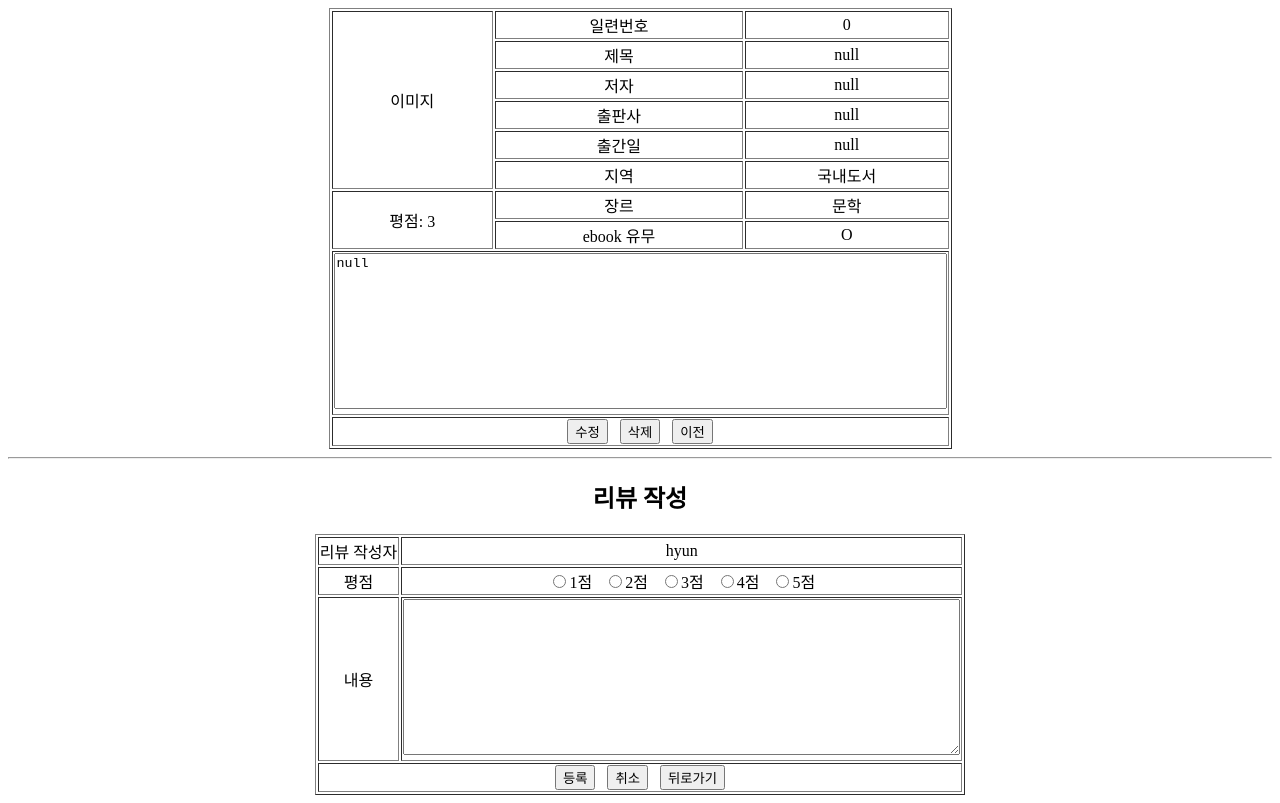
Repository: Served01/Project2_2209
Page: http://localhost/bookReviewProgram/rvInsertform.jsp
The author's editor kept a copy of each file at every save. The page is drawn from the files as they stood at one save, then again after the next save.
The browser window is 1280 px wide. The pictures show the whole page.
The page is served by Tomcat 9. Other server files are loaded and not shown. Queries for data that is not in the repository find no rows.

Above is the page before, as saved 2022-09-26 05:50:21.

### bookReviewProgram/src/main/webapp/rvInsertform.jsp
<%@ page language="java" contentType="text/html; charset=UTF-8"
    pageEncoding="UTF-8"%>
<%@ page import="BKRV.review.rvDAO" %>
<%@ page import="BKRV.review.rvBean" %>
<%@ page import="BKRV.book.bkDAO" %>
<%@ page import="BKRV.book.bkBean" %>
<%	request.setCharacterEncoding("UTF-8");	%>
<!DOCTYPE html>
<html>
<head>
<meta charset="UTF-8">
<title>리뷰 데이터 입력 페이지</title>
</head>

<style>
table{
margin: auto;
}
</style>

<body>

<%

	int rv_bknumber= 20220001; //Integer.parseInt(request.getParameter("bk_number"));
	String rv_id = "hyun"; //request.getParameter("mb_id");

	bkDAO bdao = new bkDAO();
	bkBean bBean = bdao.selectBook(rv_bknumber);

%>
<table border="1">
	<tr align = "center">
		<td rowspan="6">이미지</td>
		<td>일련번호</td>
		<td><%=bBean.getBk_number()%></td>
	</tr>
	<tr align = "center">
		<!-- <td> rowspan=6 -->
		<td>제목</td>
		<td><%=bBean.getBk_title()%></td>
	</tr>
	<tr align = "center">
		<!-- <td> rowspan=6 -->
		<td>저자</td>
		<td><%=bBean.getBk_writer()%></td>
	</tr>
	<tr align = "center">
		<!-- <td> rowspan=6 -->
		<td>출판사</td>
		<td><%=bBean.getBk_publisher()%></td>
	</tr>
	<tr align = "center">
		<!-- <td> rowspan=6 -->
		<td>출간일</td>
		<td><%=bBean.getBk_pubdate()%></td>
	</tr>
	<tr align = "center">
		<!-- <td> rowspan=6 -->
		<td>지역</td>
		<td>
		<%
		if(bBean.getBk_local()==0){ %>
		국내도서
		<%}
		else if(bBean.getBk_local()==1){ %>
		해외도서
		<%};

		%>
		</td>
	</tr>
	<tr align="center">
		<td rowspan="2">평점:&nbsp;3</td>
		<td>장르</td>
		<td>
		<%if(bBean.getBk_genre()==0){%>
			문학
		<%}

		else if(bBean.getBk_genre()==1){%>
			역사
		<%}
		else if(bBean.getBk_genre()==2){%>
			소설
		<%}
		else if(bBean.getBk_genre()==3){%>
			만화
		<%}
		else if(bBean.getBk_genre()==4){%>
			기타
		<%}
		%>
		</td>
	</tr>
	<tr align="center">
		<!-- <td> rowspan=2 -->
		<td>ebook 유무</td>
		<td>
		<%if(bBean.getBk_ebook()==0){ %>
			O
		<%}
		else if(bBean.getBk_ebook()==1){%>
			X
		<%} %>
		</td>
	</tr>
	<!-- 작성일 sysdate 처리 -->
	<tr align="center">
		<td colspan="3">
			<textarea rows="10" cols="74" name="bk_detail" style ="resize:none"><%=bBean.getBk_detail()%></textarea>
		</td>
	</tr>
	<tr align="center">
		<td colspan="3">
			<button type="button">수정</button>&nbsp;&nbsp;
			<button type="button">삭제</button>&nbsp;&nbsp;
			<button type="button">이전</button>
	</tr>
</table>

<hr>
<h2 align="center">리뷰 작성</h2>

<form action="rvInsertPro.jsp" method="post">
	<table border="1">
		<tr align="center">
			<td>리뷰 작성자</td>
			<td><%=rv_id %></td>
		</tr>
		<tr align="center">
			<td>평점</td>
			<td>
			<input type="radio" name="rv_score" value=1 />1점&nbsp;&nbsp;
			<input type="radio" name="rv_score" value=2 />2점&nbsp;&nbsp;
			<input type="radio" name="rv_score" value=3 />3점&nbsp;&nbsp;
			<input type="radio" name="rv_score" value=4 />4점&nbsp;&nbsp;
			<input type="radio" name="rv_score" value=5 />5점
			</td>
		</tr>
		<tr align="center">
			<td>내용</td>
			<td>
			<textarea rows="10" cols="67" name="rv_content"></textarea>
			</td>
		</tr>

		<tr align="center">
			<td colspan="2">
				<input type="hidden" name="rv_bknumber" value=<%=rv_bknumber %> />
				<input type="hidden" name="rv_id" value=<%=rv_id %> />
				<input type="submit" value="등록"/>&nbsp;&nbsp;
				<input type="button" value="취소"/>&nbsp;&nbsp;
				<input type="button" value="뒤로가기" onclick="location.href='history.back()'" />
			</td>
		</tr>
	</table>
</form>
</body>
</html>

### bookReviewProgram/src/main/java/BKRV/book/bkDAO.java
package BKRV.book;

import java.sql.Connection;
import java.sql.DriverManager;
import java.sql.PreparedStatement;
import java.sql.ResultSet;
import java.util.Vector;

public class bkDAO {

	Connection conn = null;
	PreparedStatement pstmt = null;
	ResultSet rs  = null;

	//DB 연결
	public Connection getConnection(){

	String Driver = "oracle.jdbc.OracleDriver";
	String url = "jdbc:oracle:thin:@localhost:1521:xe";
	String dbid = "bookrv";
	String dbpw = "1234";

	try {
		Class.forName(Driver);
		conn = DriverManager.getConnection(url, dbid, dbpw);
		System.out.println("데이터베이스 연동에 성공하였습니다.");
	} catch (Exception e) {
		e.printStackTrace();
		System.out.println("데이터베이스 연동에 실패하였습니다.");
	}

	return conn;

	}

	//책 상세정보 입력
	public void insertBook(bkBean bBean) {

		conn=getConnection();

	try {
		String sql = "insert into BOOK_INFO values(?, ?, ?, ?, ?, ?, ?, ?, ?, sysdate, ?, upper(?))";

		pstmt = conn.prepareStatement(sql);

		pstmt.setInt(1, bBean.getBk_number());
		pstmt.setString(2, bBean.getBk_title());
		pstmt.setString(3, bBean.getBk_writer());
		pstmt.setString(4, bBean.getBk_publisher());
		pstmt.setString(5, bBean.getBk_pubdate());
		pstmt.setString(6, bBean.getBk_image());
		pstmt.setInt(7, bBean.getBk_local());
		pstmt.setInt(8, bBean.getBk_genre());
		pstmt.setInt(9, bBean.getBk_ebook());
		pstmt.setString(10, bBean.getBk_detail());
		pstmt.setString(11, bBean.getBk_title());

		pstmt.executeUpdate();

		if(conn != null) {
			conn.commit();
			conn.close();
		}

	}catch(Exception e){
		e.printStackTrace();
	}

	}



	//책 상세정보 조회
	public bkBean selectBook(int bk_number) {

		bkBean bBean = new bkBean();
		conn = getConnection();

		try {

			String sql = "select * from book_info where bk_number = ?";
			pstmt = conn.prepareStatement(sql);
			pstmt.setInt(1, bk_number);
			rs=pstmt.executeQuery();

			if(rs.next()) {

				bBean.setBk_number(rs.getInt(1));
				bBean.setBk_title(rs.getString(2));
				bBean.setBk_writer(rs.getString(3));
				bBean.setBk_publisher(rs.getString(4));
				bBean.setBk_pubdate(rs.getDate(5).toString());
				bBean.setBk_image(rs.getString(6));
				bBean.setBk_local(rs.getInt(7));
				bBean.setBk_genre(rs.getInt(8));
				bBean.setBk_ebook(rs.getInt(9));
				bBean.setBk_infodate(rs.getDate(10).toString());
				bBean.setBk_detail(rs.getString(11));
				bBean.setBk_title_upper(rs.getString(12));

			}

			if(conn != null) {
				conn.commit();
				conn.close();
			}

		} catch(Exception e) {
			e.printStackTrace();
		}

		return bBean;

	}

	//검색어에 따른 책 리스트 조회
	public Vector<bkBean> selectBookList(String search_word){

		Vector<bkBean> vec = new Vector<bkBean>();



		conn=getConnection();

		try {

			String sql = "select * from book_info where bk_title_upper like upper(\'%"+search_word+"%\')";

			pstmt = conn.prepareStatement(sql);
			rs = pstmt.executeQuery();

			while(rs.next()) {

				bkBean bBean = new bkBean();

				bBean.setBk_number(rs.getInt(1));
				bBean.setBk_title(rs.getString(2));
				bBean.setBk_writer(rs.getString(3));
				bBean.setBk_publisher(rs.getString(4));
				bBean.setBk_pubdate(rs.getString(5));
				bBean.setBk_image(rs.getString(6));
				bBean.setBk_local(rs.getInt(7));
				bBean.setBk_genre(rs.getInt(8));
				bBean.setBk_ebook(rs.getInt(9));
				bBean.setBk_infodate(rs.getString(10));
				bBean.setBk_detail(rs.getString(11));
				bBean.setBk_title_upper(rs.getString(12));

				vec.add(bBean);
			}
			if(conn != null) {
				conn.commit();
				conn.close();
			}

		}catch(Exception e){
			e.printStackTrace();
		}

		return vec;
	}

	//책 상세정보 수정
	public void updateBook(bkBean bBean) {

		conn = getConnection();

		try {

			String sql = "update book_info set bk_title=?, bk_writer=?, bk_publisher=?, bk_pubdate=?, bk_image=?, bk_local=?, bk_genre=?, bk_ebook=?, bk_detail=?, bk_title_upper = upper(?) where bk_number=?";

			pstmt = conn.prepareStatement(sql);
			pstmt.setString(1, bBean.getBk_title());
			pstmt.setString(2, bBean.getBk_writer());
			pstmt.setString(3, bBean.getBk_publisher());
			pstmt.setString(4, bBean.getBk_pubdate());
			pstmt.setString(5, bBean.getBk_image());
			pstmt.setInt(6, bBean.getBk_local());
			pstmt.setInt(7, bBean.getBk_genre());
			pstmt.setInt(8, bBean.getBk_ebook());
			pstmt.setString(9, bBean.getBk_detail());
			pstmt.setString(10, bBean.getBk_title());
			pstmt.setInt(11, bBean.getBk_number());

			pstmt.executeUpdate();

			if(conn != null) {
				conn.commit();
				conn.close();
			}
		} catch(Exception e) {
			e.printStackTrace();
		}
	}

	//책 정보 삭제 기능
	public void deleteBook(int bk_number) {

		conn = getConnection();

		try {

				String sql = "delete from book_info where bk_number=?";

				pstmt=conn.prepareStatement(sql);

				pstmt.setInt(1, bk_number);

				pstmt.executeQuery();

			if(conn != null) {
				conn.commit();
				conn.close();
				}

		} catch (Exception e) {

			e.printStackTrace();

		}

	}

	//책 일련번호를 이용한 제목 조회
		public String selecttitleBook(int bk_number) {


			conn = getConnection();
			String bk_title = null;

			try {

				String sql = "select bk_title from book_info where bk_number = ?";
				pstmt = conn.prepareStatement(sql);
				pstmt.setInt(1, bk_number);
				rs=pstmt.executeQuery();

				if(rs.next()) {

					bk_title = rs.getString(1);
				}

				if(conn != null) {
					conn.commit();
					conn.close();
				}

			} catch(Exception e) {
				e.printStackTrace();
			}

			return bk_title;

		}

		//메뉴용 책 리스트 조회
		public Vector<bkBean> selectMenuBookList(int bk_local, int bk_genre){

			Vector<bkBean> vec = new Vector<bkBean>();

			conn=getConnection();

			try {

				String sql = "select * from book_info where bk_local = ? and bk_genre = ?";

				pstmt = conn.prepareStatement(sql);
				pstmt.setInt(1, bk_local);
				pstmt.setInt(2, bk_genre);
				rs = pstmt.executeQuery();

				while(rs.next()) {

					bkBean bBean = new bkBean();

					bBean.setBk_number(rs.getInt(1));
					bBean.setBk_title(rs.getString(2));
					bBean.setBk_writer(rs.getString(3));
					bBean.setBk_publisher(rs.getString(4));
					bBean.setBk_pubdate(rs.getString(5));
					bBean.setBk_image(rs.getString(6));
					bBean.setBk_local(rs.getInt(7));
					bBean.setBk_genre(rs.getInt(8));
					bBean.setBk_ebook(rs.getInt(9));
					bBean.setBk_infodate(rs.getString(10));
					bBean.setBk_detail(rs.getString(11));

					vec.add(bBean);
				}
				if(conn != null) {
					conn.commit();
					conn.close();
				}

			}catch(Exception e){
				e.printStackTrace();
			}

			return vec;
		}


		//모든 책 리스트 조회
		public Vector<bkBean> selectAllBookList(){

			Vector<bkBean> vec = new Vector<bkBean>();

			conn=getConnection();

			try {

				String sql = "select * from book_info";

				pstmt = conn.prepareStatement(sql);
				rs = pstmt.executeQuery();

				while(rs.next()) {

					bkBean bBean = new bkBean();

					bBean.setBk_number(rs.getInt(1));
					bBean.setBk_title(rs.getString(2));
					bBean.setBk_writer(rs.getString(3));
					bBean.setBk_publisher(rs.getString(4));
					bBean.setBk_pubdate(rs.getString(5));
					bBean.setBk_image(rs.getString(6));
					bBean.setBk_local(rs.getInt(7));
					bBean.setBk_genre(rs.getInt(8));
					bBean.setBk_ebook(rs.getInt(9));
					bBean.setBk_infodate(rs.getString(10));
					bBean.setBk_detail(rs.getString(11));
					bBean.setBk_title_upper(rs.getString(12));

					vec.add(bBean);
				}
				if(conn != null) {
					conn.commit();
					conn.close();
				}

			}catch(Exception e){
				e.printStackTrace();
			}

			return vec;
		}

		public int selectcheckBook(int bk_number) {

			int check = 0;

			conn = getConnection();

			try {

				String sql = "select * from book_info where bk_number = ?";
				pstmt = conn.prepareStatement(sql);
				pstmt.setInt(1, bk_number);
				rs=pstmt.executeQuery();

				if(rs.next()) {
					//데이터가 있는 경우
					check=1;

				}else {
					//데이터가 없는 경우
					check=-1;
				}

				if(conn != null) {
					conn.commit();
					conn.close();
				}

			} catch(Exception e) {
				e.printStackTrace();
			}

			return check;

		}


		//검색 책 게시판형태 X개당 Y페이지
				public Vector<bkBean> allselectBoard(int startRow, int endRow, String column, String value1) {

					conn=getConnection();

					String value = value1.toUpperCase();

					Vector<bkBean> bb  = new Vector<bkBean>();

					try {
						/*


						Rownum - query 결과로 나오게 되는 각각의 행들의 순서 값
								 특정 갯수의 그 이하 행 선택시 사용
						RowID - 테이블에 저장된 각 행들이 저장된 주소 값
								가장 최신 글 가져오기
								Rownum 기준으로 Rnum 별칭 사용하여 Rnum이 srtRow보다 크고 endRow보다 작은 경우에 해당하는 모든 레코드 가져오기


						*/
						if(column != "" || value != "") {
							String sql = "select * from (select A.*, Rownum Rnum from (select * from Book_info where " + column + " like ? order by Bk_number)A) where Rnum >= ? and Rnum <= ?";

							pstmt = conn.prepareStatement(sql);
							pstmt.setString(1, '%' + value + '%');
							pstmt.setInt(2, startRow);
							pstmt.setInt(3, endRow);
						}else if(column == "" && value == "") {
							String sql = "select * from (select A.*, Rownum Rnum from (select * from Book_info order by BK_number)A) where Rnum >= ? and Rnum <= ?";

							pstmt = conn.prepareStatement(sql);
							pstmt.setInt(1, startRow);
							pstmt.setInt(2, endRow);
						}

						rs = pstmt.executeQuery();

						while(rs.next()) {

							bkBean bBean = new bkBean();

							bBean.setBk_number(rs.getInt(1));
							bBean.setBk_title(rs.getString(2));
							bBean.setBk_writer(rs.getString(3));
							bBean.setBk_publisher(rs.getString(4));
							bBean.setBk_pubdate(rs.getString(5));
							bBean.setBk_image(rs.getString(6));
							bBean.setBk_local(rs.getInt(7));
							bBean.setBk_genre(rs.getInt(8));
							bBean.setBk_ebook(rs.getInt(9));
							bBean.setBk_infodate(rs.getString(10));
							bBean.setBk_detail(rs.getString(11));
							bBean.setBk_title_upper(rs.getString(12));

							bb.add(bBean);
							}

						}catch(Exception e) {
							e.printStackTrace();
						}
						return bb;
				}


				//전체책수 파악 후 반환
				public int getAllcount(String column, String value){

					conn=getConnection();

					int count = 0;

					try {

						if(column != "" || value != "") {
						String sql = "select count(*) from Book_info where " + column + " like ?";

						pstmt = conn.prepareStatement(sql);
						pstmt.setString(1, '%' + value + '%');

						}else if(column == "" && value == "") {
							String sql = "select count(*) from Book_info";

							pstmt = conn.prepareStatement(sql);
						}
						rs = pstmt.executeQuery();

						if(rs.next()) {
							count = rs.getInt(1);

						}
						if(conn != null) {
							conn.commit();
							conn.close();
						}

					}catch(Exception e) {
						e.printStackTrace();
					}

					return count;
				}

				//모든 책 게시판형태 X개당 Y페이지
				public Vector<bkBean> allselectBoardbkall(int startRow, int endRow) {

					conn=getConnection();

					Vector<bkBean> bb  = new Vector<bkBean>();

					try {
						/*


						Rownum - query 결과로 나오게 되는 각각의 행들의 순서 값
								 특정 갯수의 그 이하 행 선택시 사용
						RowID - 테이블에 저장된 각 행들이 저장된 주소 값
								가장 최신 글 가져오기
								Rownum 기준으로 Rnum 별칭 사용하여 Rnum이 srtRow보다 크고 endRow보다 작은 경우에 해당하는 모든 레코드 가져오기


						*/
						String sql = "select * from (select A.*, Rownum Rnum from (select * from Book_info order by BK_number)A) where Rnum >= ? and Rnum <= ?";

							pstmt = conn.prepareStatement(sql);
							pstmt.setInt(1, startRow);
							pstmt.setInt(2, endRow);


						rs = pstmt.executeQuery();

						while(rs.next()) {

							bkBean bBean = new bkBean();

							bBean.setBk_number(rs.getInt(1));
							bBean.setBk_title(rs.getString(2));
							bBean.setBk_writer(rs.getString(3));
							bBean.setBk_publisher(rs.getString(4));
							bBean.setBk_pubdate(rs.getString(5));
							bBean.setBk_image(rs.getString(6));
							bBean.setBk_local(rs.getInt(7));
							bBean.setBk_genre(rs.getInt(8));
							bBean.setBk_ebook(rs.getInt(9));
							bBean.setBk_infodate(rs.getString(10));
							bBean.setBk_detail(rs.getString(11));

							bb.add(bBean);
							}

						}catch(Exception e) {
							e.printStackTrace();
						}
						return bb;
				}


				//전체책수 파악 후 반환
				public int getAllcountbkall(){

					conn=getConnection();

					int count = 0;

					try {

						String sql = "select count(*) from Book_info";

							pstmt = conn.prepareStatement(sql);

						rs = pstmt.executeQuery();

						if(rs.next()) {
							count = rs.getInt(1);

						}
						if(conn != null) {
							conn.commit();
							conn.close();
						}

					}catch(Exception e) {
						e.printStackTrace();
					}

					return count;
				}


				//일련번호 중복확인
				public int duplecateBKnum(int bk_number){

					int check=0;
					conn=getConnection();

					try{

				        String sql = "SELECT * FROM BOOK_INFO WHERE bk_number = ?";

				        pstmt = conn.prepareStatement(sql);

				        pstmt.setInt(1, bk_number);

				        rs=pstmt.executeQuery();

				        if(rs.next()){
				        	check=1;
				        } else{
					check=-1;
				    }}catch(Exception e){
				     	System.out.println("일련번호 중복 확인 실패 : " + e);
				    }//try end
					return check;
				}//duplecateID end


				//검색 책 게시판형태 X개당 Y페이지
				public Vector<bkBean> bkmenuselectBoard(int startRow, int endRow, String column1, int value1, String column2, int value2) {

					conn=getConnection();


					Vector<bkBean> bb  = new Vector<bkBean>();

					try {
						/*


						Rownum - query 결과로 나오게 되는 각각의 행들의 순서 값
								 특정 갯수의 그 이하 행 선택시 사용
						RowID - 테이블에 저장된 각 행들이 저장된 주소 값
								가장 최신 글 가져오기
								Rownum 기준으로 Rnum 별칭 사용하여 Rnum이 srtRow보다 크고 endRow보다 작은 경우에 해당하는 모든 레코드 가져오기


						*/
						if(column1 != "" || value1 != 0 || column2 != "" || value2 != 0) {
							String sql = "select * from (select A.*, Rownum Rnum from (select * from Book_info where " + column1 + " =? and "+ column2 +" =? order by Bk_number)A) where Rnum >= ? and Rnum <= ?";

							pstmt = conn.prepareStatement(sql);
							pstmt.setInt(1, value1);
							pstmt.setInt(2, value2);
							pstmt.setInt(3, startRow);
							pstmt.setInt(4, endRow);
						}else if(column1 == "" && value1 == 0 && column2 == "" && value2 == 0) {
							String sql = "select * from (select A.*, Rownum Rnum from (select * from Book_info order by BK_number)A) where Rnum >= ? and Rnum <= ?";

							pstmt = conn.prepareStatement(sql);
							pstmt.setInt(1, startRow);
							pstmt.setInt(2, endRow);
						}

						rs = pstmt.executeQuery();

						while(rs.next()) {

							bkBean bBean = new bkBean();

							bBean.setBk_number(rs.getInt(1));
							bBean.setBk_title(rs.getString(2));
							bBean.setBk_writer(rs.getString(3));
							bBean.setBk_publisher(rs.getString(4));
							bBean.setBk_pubdate(rs.getString(5));
							bBean.setBk_image(rs.getString(6));
							bBean.setBk_local(rs.getInt(7));
							bBean.setBk_genre(rs.getInt(8));
							bBean.setBk_ebook(rs.getInt(9));
							bBean.setBk_infodate(rs.getString(10));
							bBean.setBk_detail(rs.getString(11));
							bBean.setBk_title_upper(rs.getString(12));

							bb.add(bBean);
							}

						}catch(Exception e) {
							e.printStackTrace();
						}
						return bb;
				}


				//전체책수 파악 후 반환
				public int getbkmenucount(String column1, int value1, String column2, int value2){

					conn=getConnection();

					int count = 0;

					try {

						if(column1 != "" || value1 != 0 || column2 != "" || value2 != 0) {
						String sql = "select count(*) from Book_info where " + column1 + " =? and "+ column2 + " =?";

						pstmt = conn.prepareStatement(sql);
						pstmt.setInt(1, value1);
						pstmt.setInt(2, value2);

						}else if(column1 == "" && value1 == 0 && column2 == "" && value2 == 0) {
							String sql = "select count(*) from Book_info";

							pstmt = conn.prepareStatement(sql);
						}
						rs = pstmt.executeQuery();

						if(rs.next()) {
							count = rs.getInt(1);

						}
						if(conn != null) {
							conn.commit();
							conn.close();
						}

					}catch(Exception e) {
						e.printStackTrace();
					}

					return count;
				}


}

### bookReviewProgram/src/main/java/BKRV/book/bkBean.java
package BKRV.book;

public class bkBean {

	private int bk_number;
	private String bk_title;
	private String bk_writer;
	private String bk_publisher;
	private String bk_pubdate;
	private String bk_image;
	private int bk_local;
	private int bk_genre;
	private int bk_ebook;
	private String bk_infodate;
	private String bk_detail;
	private String bk_title_upper;

	public int getBk_number() {
		return bk_number;
	}
	public void setBk_number(int bk_number) {
		this.bk_number = bk_number;
	}
	public String getBk_title() {
		return bk_title;
	}
	public void setBk_title(String bk_title) {
		this.bk_title = bk_title;
	}
	public String getBk_writer() {
		return bk_writer;
	}
	public void setBk_writer(String bk_writer) {
		this.bk_writer = bk_writer;
	}
	public String getBk_publisher() {
		return bk_publisher;
	}
	public void setBk_publisher(String bk_publisher) {
		this.bk_publisher = bk_publisher;
	}
	public String getBk_pubdate() {
		return bk_pubdate;
	}
	public void setBk_pubdate(String bk_pubdate) {
		this.bk_pubdate = bk_pubdate;
	}
	public String getBk_image() {
		return bk_image;
	}
	public void setBk_image(String bk_image) {
		this.bk_image = bk_image;
	}
	public int getBk_local() {
		return bk_local;
	}
	public void setBk_local(int bk_local) {
		this.bk_local = bk_local;
	}
	public int getBk_genre() {
		return bk_genre;
	}
	public void setBk_genre(int bk_genre) {
		this.bk_genre = bk_genre;
	}
	public int getBk_ebook() {
		return bk_ebook;
	}
	public void setBk_ebook(int bk_ebook) {
		this.bk_ebook = bk_ebook;
	}
	public String getBk_infodate() {
		return bk_infodate;
	}
	public void setBk_infodate(String bk_infodate) {
		this.bk_infodate = bk_infodate;
	}
	public String getBk_detail() {
		return bk_detail;
	}
	public void setBk_detail(String bk_detail) {
		this.bk_detail = bk_detail;
	}
	public String getBk_title_upper() {
		return bk_title_upper;
	}
	public void setBk_title_upper(String bk_title_upper) {
		this.bk_title_upper = bk_title_upper;
	}



}

After the next save:
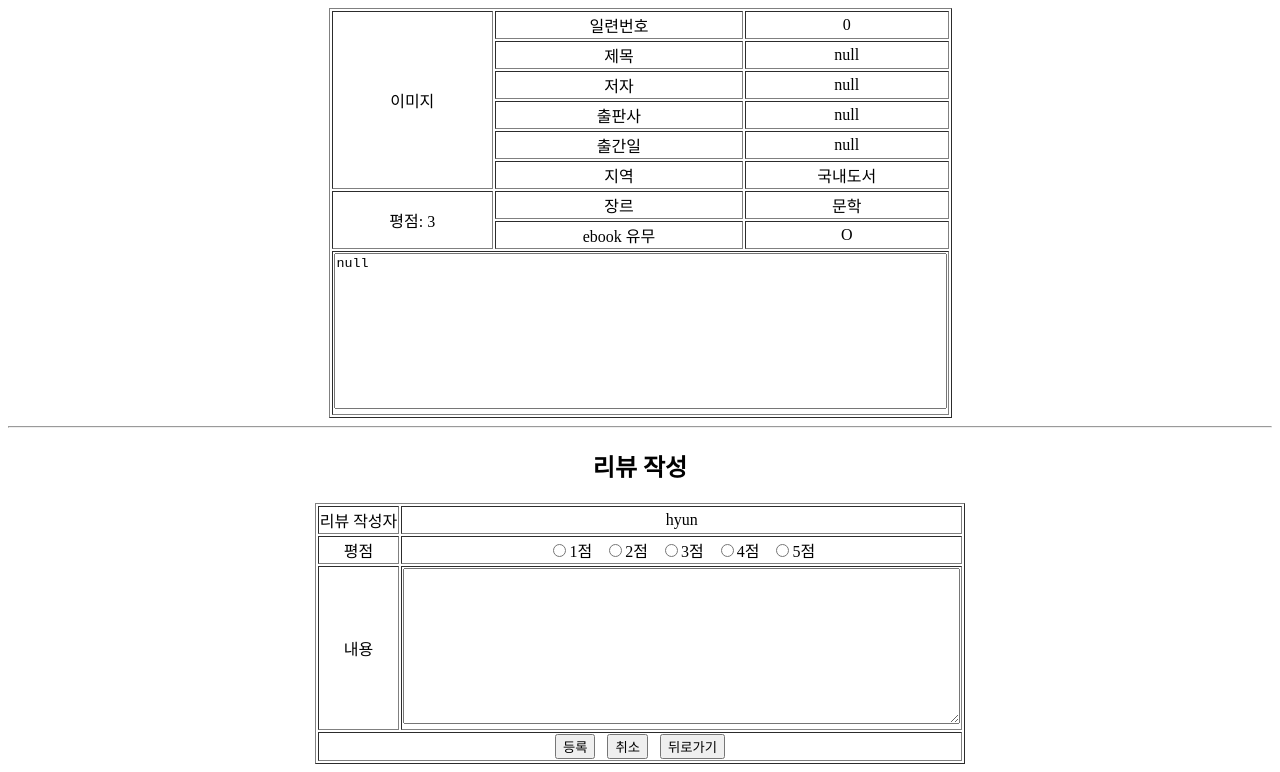
Saved 2 min 10 s later.
--- a/bookReviewProgram/src/main/webapp/rvInsertform.jsp
+++ b/bookReviewProgram/src/main/webapp/rvInsertform.jsp
@@ -111,12 +111,7 @@ margin: auto;
 			<textarea rows="10" cols="74" name="bk_detail" style ="resize:none"><%=bBean.getBk_detail()%></textarea>
 		</td>
 	</tr>
-	<tr align="center">
-		<td colspan="3">
-			<button type="button">수정</button>&nbsp;&nbsp;
-			<button type="button">삭제</button>&nbsp;&nbsp;
-			<button type="button">이전</button>
-	</tr>
+
 </table>
 
 <hr>
